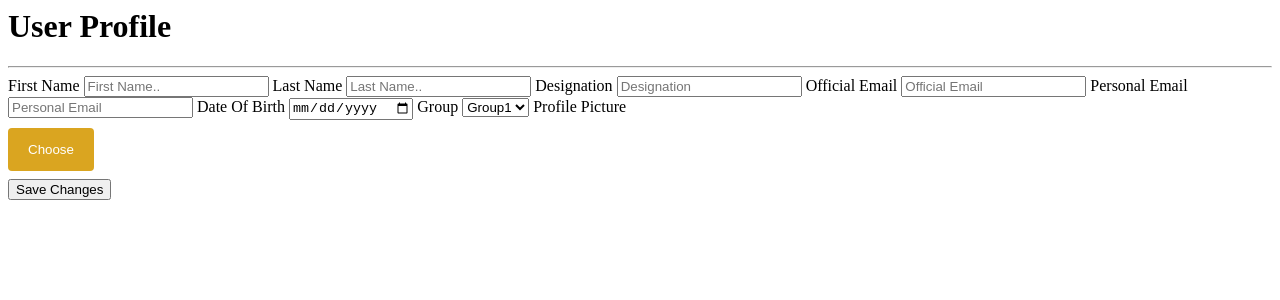
Repository: praveenshetg/GOLDEN-ROD
Page: Duolingo/papi-front/WebContent/view/user_profile.html
These files come from the project's save history. The page is drawn as it stood at one moment and after a run of saves; the edit follows.
The browser window is 1280 px wide. The pictures show the whole page.

Above is the page before, as saved 2018-05-08 10:44:18.
Console error: ReferenceError: $ is not defined

After the next 2 saves:
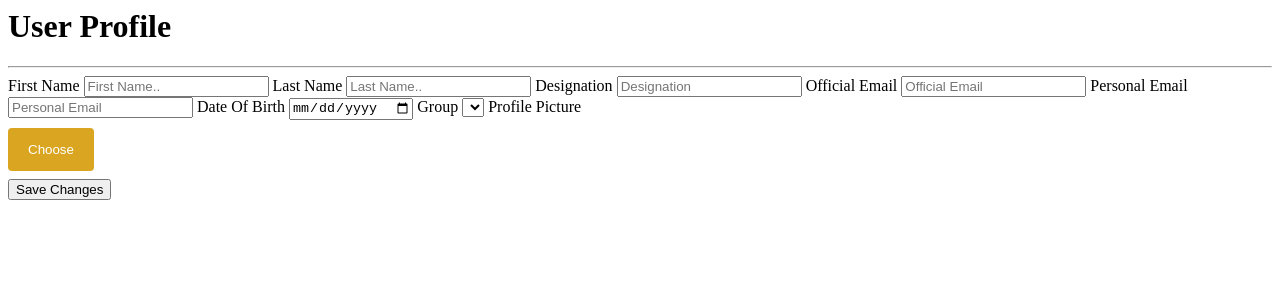
The 2 saves are shown as one change because they came seconds apart.
The last was saved 7 min 20 s later.
--- a/Duolingo/papi-front/WebContent/view/user_profile.html
+++ b/Duolingo/papi-front/WebContent/view/user_profile.html
@@ -66,10 +66,6 @@ margin-right: "5px";
     <input type="date" id="fname" name="firstname"  id ="dob" placeholder="Date Of Birth..">
     <label for="fname">Group</label>
     <select name="group" id="group" readonly>
-						<option value="1">Group1</option>
-						<option value="2">Group2</option>
-						<option value="3">Group3</option>
-
 				</select>
 				<label for="fname">Profile Picture</label><br>
 				<div class="uploadpic-div-outer">
